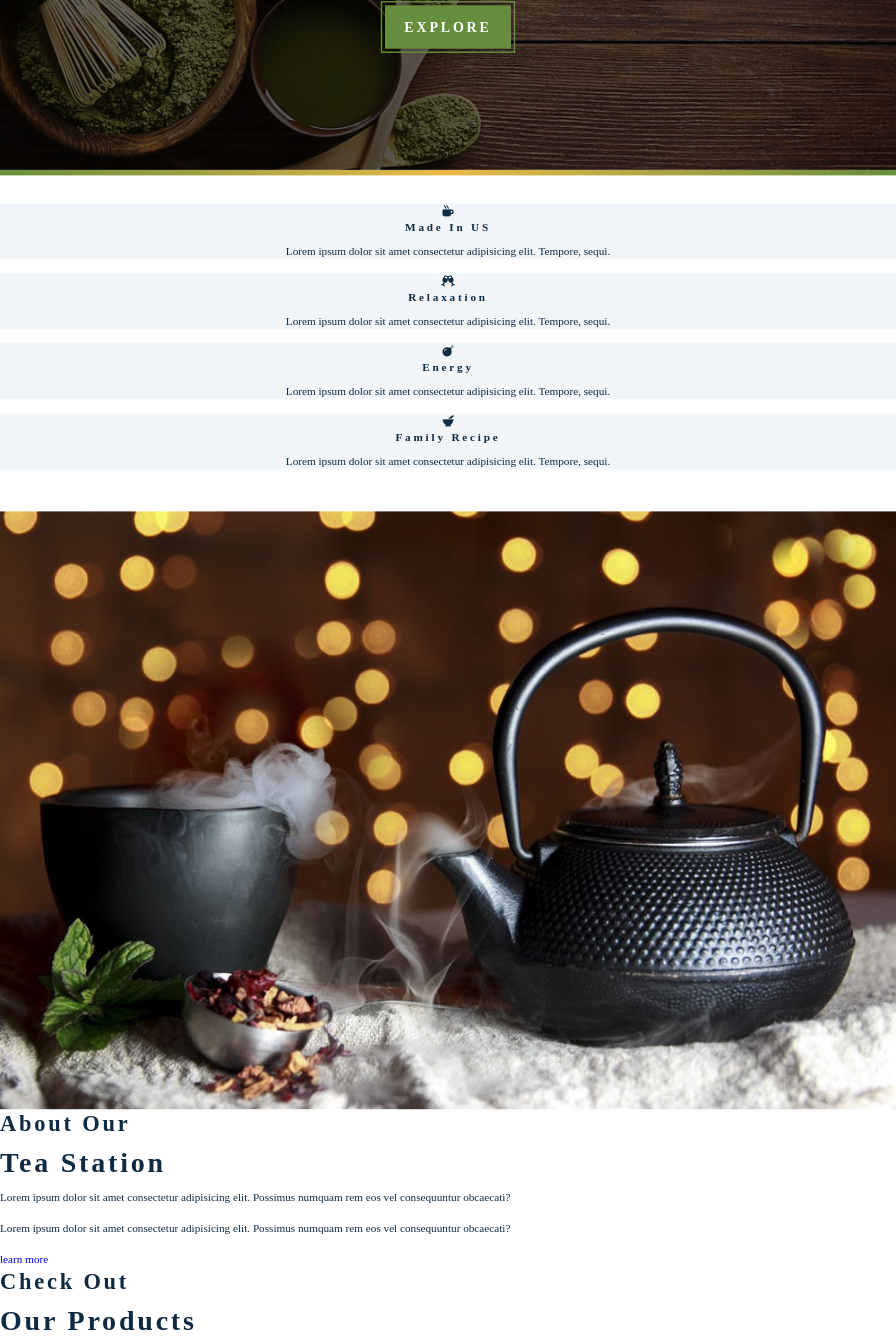
Repository: Ndifoinhilary/building_tea_site
Page: index.html
The author's editor kept a copy of each file at every save. The page is drawn from the files as they stood at one save, then again after the next save.
The browser window is 1280 px wide. The pictures show the part of the page from y = 622 to 2542 px (the page is 6270 px tall before and 6510 px after), at 70% of full size.
Backgrounds fixed to the window are drawn as part of the page. Some web fonts or font styles are not loaded; a fallback is used.

Above is the page before, as saved 2024-01-03 20:14:08.

### index.html
<!DOCTYPE html>
<html lang="en">

<head>
  <meta charset="UTF-8" />
  <meta name="viewport" content="width=device-width, initial-scale=1.0" />
  <meta http-equiv="X-UA-Compatible" content="ie=edge" />
  <title>Tea Station || Home</title>
  <!-- font-awesome -->
  <link rel="stylesheet" href="./fontawesome-free-5.7.2-web/css/all.css" />
  <!-- custom css -->
  <link rel="stylesheet" href="./css/styles.css" />
</head>

<body>
  <!-- nav button -->
  <span class="nav-btn" id="nav-btn">
    <i class="fas fa-bars"></i>
  </span>
  <!-- nav -->
  <nav class="navbar" id="navbar">
    <div class="navbar-header">
      <span class="nav-close" id="nav-close">
        <i class="fas fa-times"></i>
      </span>
    </div>
    <ul class="nav-items">
      <li><a href="index.html" class="nav-link">home</a></li>
      <li><a href="skills.html" class="nav-link">skills</a></li>
      <li><a href="about.html" class="nav-link">about</a></li>
      <li><a href="products.html" class="nav-link">products</a></li>
    </ul>
  </nav>
  <!-- header -->
  <header class="header">
    <div class="banner">
      <h2 class="banner-subtitle">Over one hunred flavors of tea</h2>
      <h1 class="banner-title">specially crafted tea</h1>
      <a href="skills.html" class=" btn banner-btn">explore</a>
    </div>
  </header>

  <div class="content-divider"></div>
  <!-- skills section -->
  <section class="skills clearfix">
    <!-- single skill -->
    <article class="skill">
      <span class="skill-icon">
        <i class="fas fa-mug-hot"></i>
      </span>
      <h4 class="skill-title">made in US</h4>
      <!-- ten words -->
      <p class="skill-text">
        Lorem ipsum dolor sit amet consectetur adipisicing elit. Tempore,
        sequi.
      </p>
    </article>
    <!-- end of single skill -->
    <!-- single skill -->
    <article class="skill">
      <span class="skill-icon">
        <i class="fas fa-glass-cheers"></i>
      </span>
      <h4 class="skill-title">relaxation</h4>
      <!-- ten words -->
      <p class="skill-text">
        Lorem ipsum dolor sit amet consectetur adipisicing elit. Tempore,
        sequi.
      </p>
    </article>
    <!-- end of single skill -->
    <!-- single skill -->
    <article class="skill">
      <span class="skill-icon">
        <i class="fas fa-bomb"></i>
      </span>
      <h4 class="skill-title">energy</h4>
      <!-- ten words -->
      <p class="skill-text">
        Lorem ipsum dolor sit amet consectetur adipisicing elit. Tempore,
        sequi.
      </p>
    </article>
    <!-- end of single skill -->
    <!-- single skill -->
    <article class="skill">
      <span class="skill-icon">
        <i class="fas fa-mortar-pestle"></i>
      </span>
      <h4 class="skill-title">family recipe</h4>
      <!-- ten words -->
      <p class="skill-text">
        Lorem ipsum dolor sit amet consectetur adipisicing elit. Tempore,
        sequi.
      </p>
    </article>
    <!-- end of single skill -->
  </section>
  <!--end of skills section -->
  <!-- about -->
  <section class="about">
    <div class="section-center clearfix">
      <article class="about-img">
        <div class="about-picture-container">
          <img src="./images/about-bcg.jpeg" alt="tea kettle" class="about-picture" />
        </div>
      </article>
      <article class="about-info">
        <!-- section title -->
        <div>
          <h3 class="section-subtitle">about our</h3>
          <h2 class="section-title">tea station</h2>
        </div>
        <!-- section title -->
        <p class="about-text">
          Lorem ipsum dolor sit amet consectetur adipisicing elit. Possimus
          numquam rem eos vel consequuntur obcaecati?
        </p>
        <p class="about-text">
          Lorem ipsum dolor sit amet consectetur adipisicing elit. Possimus
          numquam rem eos vel consequuntur obcaecati?
        </p>
        <a href="about.html" class="main-btn">learn more</a>
      </article>
    </div>
  </section>
  <!-- end of about -->
  <!-- products -->
  <section class="products">
    <div class="section-center clearfix">
      <!-- products info  -->
      <article class="products-info">
        <!-- title -->
        <div>
          <h3 class="section-subtitle">check out</h3>
          <h2 class="section-title text-white">our products</h2>
        </div>
        <!-- end of title -->
        <p class="product-text">
          Lorem ipsum dolor sit amet consectetur adipisicing elit. Quod, quae
          vitae! Natus sed fugiat id laudantium nemo, asperiores corporis
          amet!
        </p>
        <a href="products.html" class="main-btn">inventory</a>
      </article>
      <!-- end of products info -->
      <!-- products inventory -->
      <article class="products-inventory clearfix">
        <!-- single product -->
        <div class="product">
          <img src="./images/product-1.jpeg" alt="single product" class="product-img" />
          <h3 class="product-title">product title</h3>
          <h3 class="product-price">$6.99</h3>
        </div>
        <!--end of single product -->
        <!-- single product -->
        <div class="product">
          <img src="./images/product-2.jpeg" alt="single product" class="product-img" />
          <h3 class="product-title">product title</h3>
          <h3 class="product-price">$6.99</h3>
        </div>
        <!--end of single product -->
        <!-- single product -->
        <div class="product">
          <img src="./images/product-3.jpeg" alt="single product" class="product-img" />
          <h3 class="product-title">product title</h3>
          <h3 class="product-price">$6.99</h3>
        </div>
        <!--end of single product -->
      </article>
      <!--end of  products inventory -->
    </div>
  </section>
  <!-- end of  products -->
  <!-- contact -->
  <section class="contact">
    <div class="section-center clearfix">
      <!-- contact info -->
      <article class="contact-info">
        <!-- contact item -->
        <div class="contact-item">
          <!-- contact text -->
          <h3 class="contact-title">
            <span class="contact-icon">
              <i class="fas fa-location-arrow"></i> </span>address
          </h3>
          <h3 class="contact-text">
            523 N Fairfax Ave, Los Angeles, CA 90048
          </h3>
        </div>
        <!-- end of contact item -->
        <!-- contact item -->
        <div class="contact-item">
          <!-- contact text -->
          <h3 class="contact-title">
            <span class="contact-icon"> <i class="fas fa-envelope"></i> </span>email
          </h3>
          <h3 class="contact-text">email@email.com</h3>
        </div>
        <!-- end of contact item -->
        <!-- contact item -->
        <div class="contact-item">
          <!-- contact text -->
          <h3 class="contact-title">
            <span class="contact-icon">
              <i class="fas fa-location-arrow"></i> </span>telephone
          </h3>
          <h3 class="contact-text">+ 123 456 789</h3>
        </div>
        <!-- end of contact item -->
      </article>
      <article class="contact-form">
        <form action="https://formspree.io/learncodetutorial@gmail.com" method="POST" class="form-group">
          <input type="text" name="name" placeholder="name" class="form-control" />
          <input type="email" name="email" placeholder="email" class="form-control" />
          <textarea name="message" placeholder="message" class="form-control" rows="5"></textarea>
          <button class="main-btn">send</button>
        </form>
      </article>
      <!-- end of contact info -->
    </div>
  </section>
  <!-- end o fcontact -->
  <footer class="footer">
    <div class="section-center">
      <div class="social-icons">
        <!-- social icon -->
        <a href="#" class="social-icon">
          <i class="fab fa-facebook"></i>
        </a>
        <!-- end of social icon -->
        <!-- social icon -->
        <a href="#" class="social-icon">
          <i class="fab fa-twitter"></i>
        </a>
        <!-- end of social icon -->
        <!-- social icon -->
        <a href="#" class="social-icon">
          <i class="fab fa-instagram"></i>
        </a>
        <!-- end of social icon -->
      </div>
      <p class="footer-text">
        &copy;2019 <span class="text-primary">tea station</span>. all rights
        reserved
      </p>
    </div>
  </footer>
  <script src="app.js"></script>
</body>

</html>

### css/styles.css
@import url("https://fonts.googleapis.com/css?family=Catamaran:400,700|Grand+Hotel");

* {
  margin: 0;
  padding: 0;
  box-sizing: border-box;
}

/*================
Global variables
===================
*/

:root{
  --clr-primary:#678e3e;
  --clr-primary-light:#beed8c;
  --clr-grey-1:#102a42;
  --clr-grey-5:#617d98;
  --clr-grey-10:#f1f5f8;
  --clr-white:#fff;
  --ff-primary:"Catamaran",sans-serif;
  --ff-secondary:"Grand Hotel", cursive;
  --transition: all 0.3s linear ;
  --spacing:0.25rem;
  --radius:0.5rem;
}


body{
  font-family: var(--clr-primary);
  background: var(--clr-white);
  color: var(--clr-grey-1);
  line-height: 1.5;
  font-size: 0.875rem;
}

a{
  text-decoration: none;
}

img{
  width: 100%;
  display: block;
}
h1,h2,h3,h4{
  letter-spacing: var(--spacing);
  text-transform: capitalize;
  line-height: 1.25;
  margin-bottom: 0.75rem;
}

h1{
  font-size: 3rem;
}
h2{
  font-size: 2rem;
}
h3{
  font-size: 1.5rem;
}
h4{
  font-size: 0.875rem;
}

p{
  margin-bottom: 1.25rem;
}
@media screen and (min-width:800px) {
  h1{
    font-size: 4rem;
  }
  h2{
    font-size: 2.5rem;
  }
  h3{
    font-size: 2rem;
  }
  h4{
    font-size: 1rem;
  }
  body{
    font-size: 1rem;
  }
  h1,h2,h3,h4{
    line-height: 1.25;

  }
}
/*
more css
 */

 .btn{
  text-transform: uppercase;
  background: var(--clr-primary);
  color: var(--clr-white);
  padding: 0.75rem, 1rem;
  letter-spacing: var(--spacing);
  display: inline-block;
  font-weight:700 ;
  transition: var(--transition);
  font-size: 1rem;
  border: none;
  cursor: pointer;
  box-shadow: 0 1px 3px rgba(0, 0, 0,0.2);
 }
.btn:hover {
  color: var(--ff-primary);
  background: var(--clr-primary-light);
}
 /*
 header
  */

  .header{
    min-height: 100vh;
    background: linear-gradient(rgba(0, 0, 0,0.6),rgba(0, 0, 0,0.6)) ,url("/images/main-bcg.jpeg") center/cover no-repeat fixed;
    position: relative;
    /* animation */
    overflow-x: hidden;

  }

  .banner{
    text-align: center;
    position: absolute;
    top: 50%;
    left: 50%;
    transform: translate(-50%,-50%);
  }

  .banner h2{
    font-family: var(--ff-secondary);
    color: var(--clr-primary);
    /* animation */
  }

  .banner h1{
    text-transform: uppercase;
    color: var(--clr-white);
    margin-top: 1.25rem;
    margin-bottom: 2rem;
  }

.banner-btn{
  outline: 0.125rem solid var(--clr-primary);
  outline-offset: 0.25rem;
  font-size: 1.25rem;
  padding:1rem 1.75rem ;
}

.content-divider{
height: 0.5rem;
background: linear-gradient(to left, var(--clr-primary), #e9b949, var(--clr-primary));
}

/*
skills section
 */

 .skill{
  background: var(--clr-grey-10);

 }

 .skills{
  text-align: center;
  padding: 2.5rem 0;
  transition: var(--transition);

 }

### app.js
const navBtn = document.getElementById("nav-btn");
const navbar = document.getElementById("navbar");
const navClose = document.getElementById("nav-close");

navBtn.addEventListener("click", () => {
  navbar.classList.add("showNav");
});

navClose.addEventListener("click", () => {
  navbar.classList.remove("showNav");
});

Loaded but not shown: fontawesome-free-5.7.2-web/css/all.css (library)

After the next save:
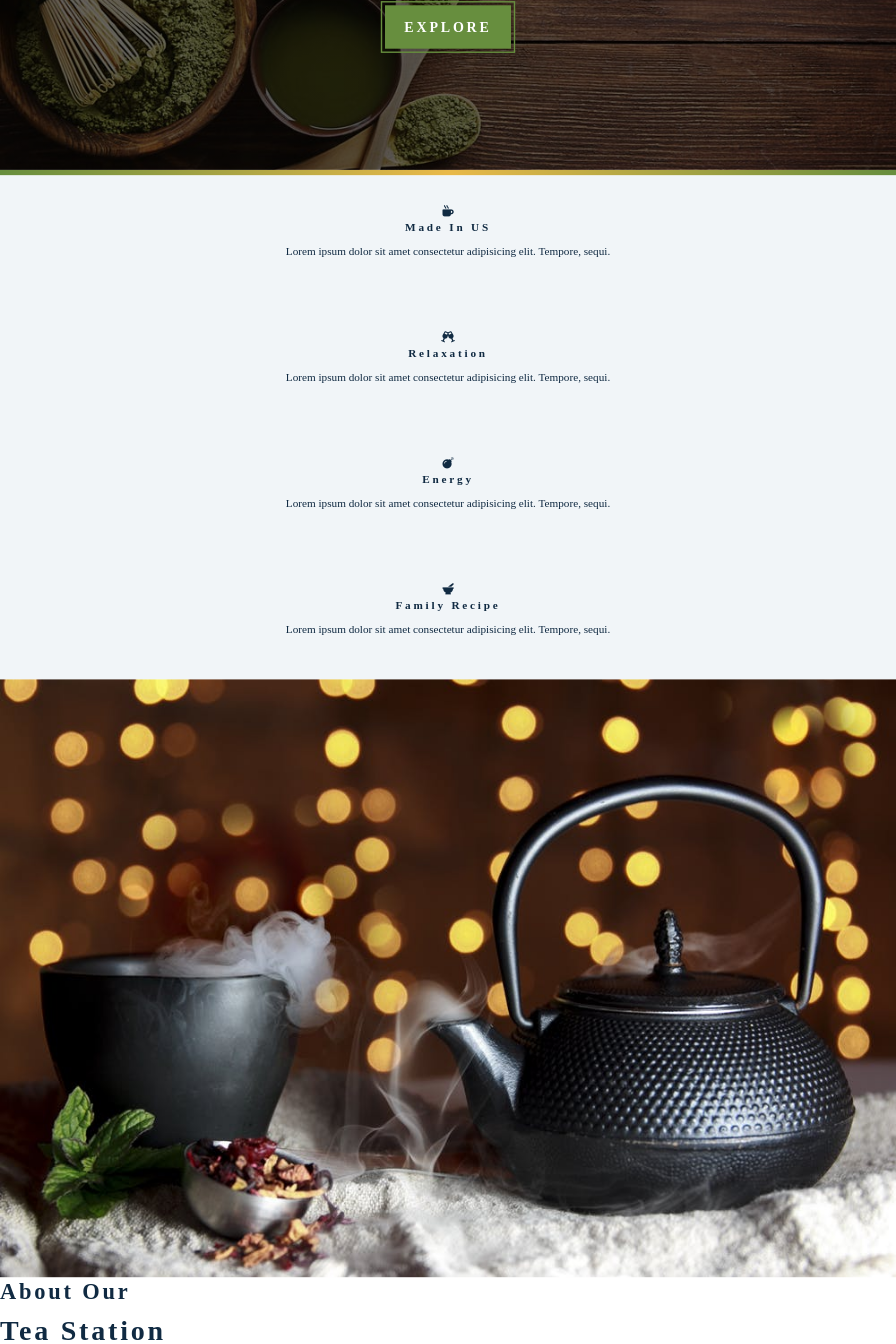
Saved 105 s later.
--- a/css/styles.css
+++ b/css/styles.css
@@ -158,14 +158,18 @@ background: linear-gradient(to left, var(--clr-primary), #e9b949, var(--clr-prim
 skills section
  */
 
- .skill{
+ .skills{
   background: var(--clr-grey-10);
 
  }
 
- .skills{
+ .skill{
   text-align: center;
   padding: 2.5rem 0;
   transition: var(--transition);
 
  }
+
+ .skill-icon{
+
+ }
